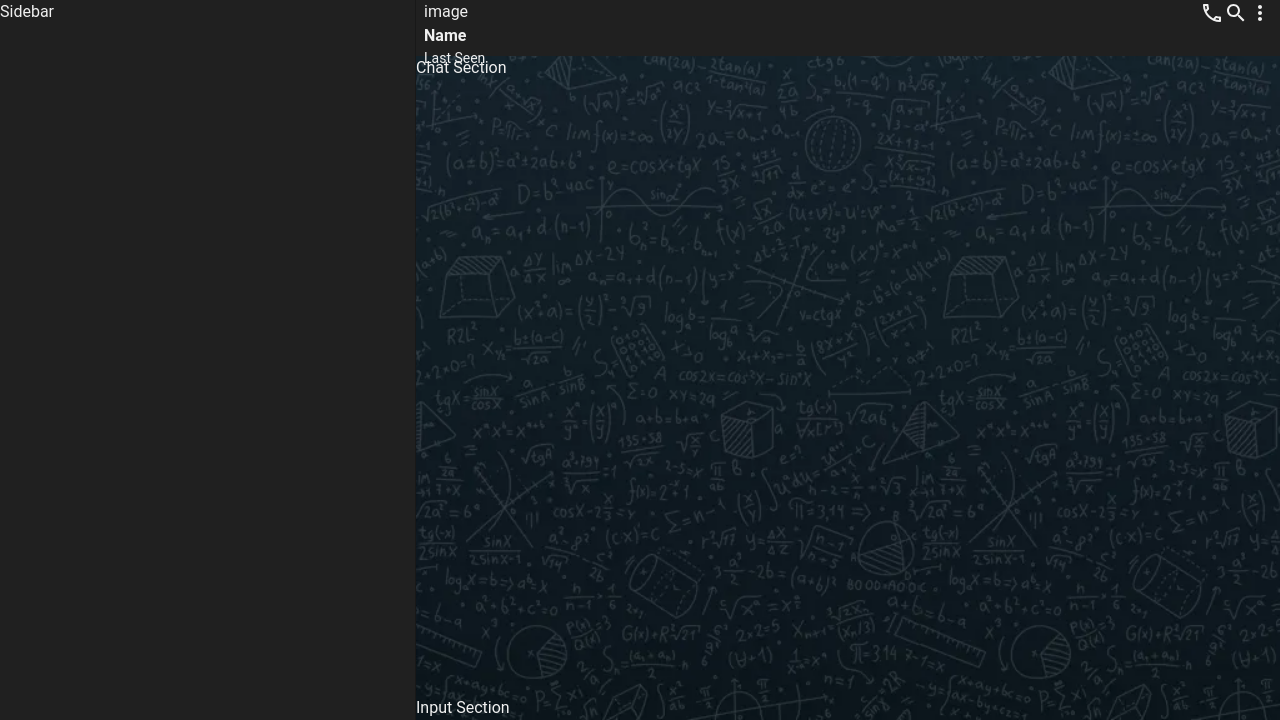
Repository: Qu4ntumGuy/telegram-clone
Page: /
These files come from the project's save history. The page is drawn as it stood at one moment and after the next save; the edit follows.
The browser window is 1280 px wide. The pictures show the whole page.
The project was rebuilt for these pictures with package versions that can differ from the ones it lists, and the page was loaded fresh each time. Also part of the build but not shown: src/Utils/ContextProvider.js, src/Pages/ChatPage.js/ChatPage.js.

Above is the page before, as saved 2024-07-15 12:03:06.

### src/index.css
@tailwind base;
@tailwind components;
@tailwind utilities;

:root {
  font-family: "Roboto", sans-serif;
  color-scheme: light;
  body {
    @apply bg-[#181818] text-[#f0f0f0];
  }
}
/*
:root {
  @apply bg-[#181818];
} */

### src/App.js
import { Routes, BrowserRouter, Route } from "react-router-dom";
import Sidebar from "./Components/Sidebar";
import Home from "./Pages/Home/Home";
import ChatPage from "./Pages/ChatPage.js/ChatPage";

function App() {
  return (
    <div className="flex max-w-[105rem] mx-auto">
      <Sidebar />
      <BrowserRouter>
        <Routes>
          <Route path="/" element={<Home />} />
          <Route path="/k/:id" element={<ChatPage />} />
        </Routes>
      </BrowserRouter>
      {/* <Home /> */}
    </div>
  );
}

export default App;

### src/Components/Sidebar.js
import React from "react";
import { useComponentContext } from "../Utils/ContextProvider";

function Sidebar() {
  const context = useComponentContext();
  return (
    <div className="w-full md:max-w-[26rem] bg-[#202020] border-r border-[#181818] h-screen">
      Sidebar
    </div>
  );
}

export default Sidebar;

### src/Pages/Home/Home.js
import React from "react";
import backgroundImage from "../../Assets/Desktop.webp";
import Topbar from "../../Components/Topbar";

function Home() {
  const image =
    "https://blog.1a23.com/wp-content/uploads/sites/2/2020/02/pattern_02-150x150.png";

  //   const divStyle = {
  //     width: "100%",
  //     height: "100vh", // Adjust the height as needed
  //     backgroundImage: `url(${backgroundImage})`,
  //     backgroundSize: "cover", // Ensures the image covers the entire div
  //     backgroundPosition: "center", // Centers the image
  //   };
  return (
    <div
      className="md:flex flex-col justify-center bg-cover h-screen hidden md:w-full "
      style={{ backgroundImage: `url(${backgroundImage})` }}
    >
      <div className="top-0 mb-auto h-14 bg-[#202020]">
        <Topbar />
      </div>
      <div className="flex flex-col h-full">
        <div className="top-0">Chat Section</div>
        <div className="bottom-0 mt-auto">Input Section</div>
      </div>
    </div>
  );
}

export default Home;

### src/Components/Topbar.js
import React from "react";
import CallOutlinedIcon from "@mui/icons-material/CallOutlined";
import SearchIcon from "@mui/icons-material/Search";
import MoreVertIcon from "@mui/icons-material/MoreVert";

function Topbar() {
  return (
    <div className="flex px-2 h-14">
      <div className="flex-1">
        <div>image</div>
        <div className="flex flex-col">
          <div className="font-semibold">Name</div>
          <div className="text-sm"> Last Seen</div>
        </div>
      </div>
      <div className="flex">
        <div>
          <CallOutlinedIcon />
        </div>
        <div>
          <SearchIcon />
        </div>
        <div>
          <MoreVertIcon />
        </div>
      </div>
    </div>
  );
}

export default Topbar;

Loaded but not shown: public/index.html (common file); src/index.js (common file); src/reportWebVitals.js (common file); tailwind.config.js (common file)

After the next save:
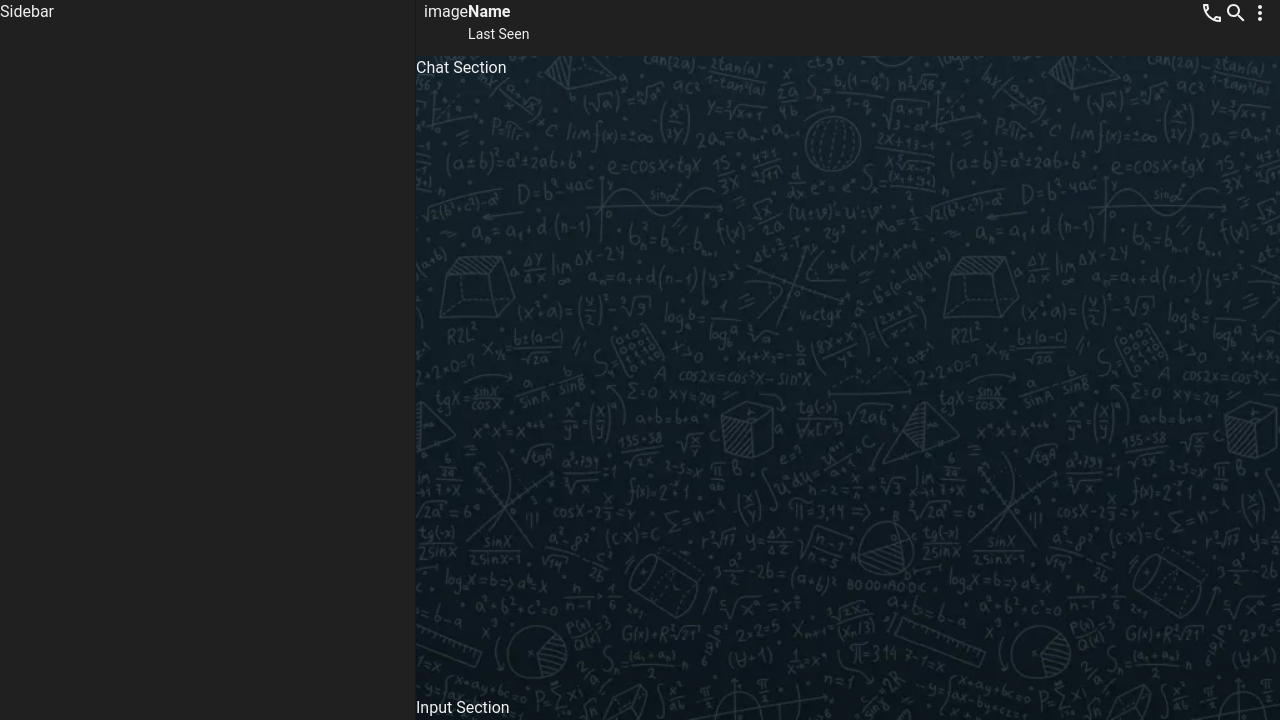
Saved 10 s later.
--- a/src/Components/Topbar.js
+++ b/src/Components/Topbar.js
@@ -6,7 +6,7 @@ import MoreVertIcon from "@mui/icons-material/MoreVert";
 function Topbar() {
   return (
     <div className="flex px-2 h-14">
-      <div className="flex-1">
+      <div className="flex-1 flex">
         <div>image</div>
         <div className="flex flex-col">
           <div className="font-semibold">Name</div>
